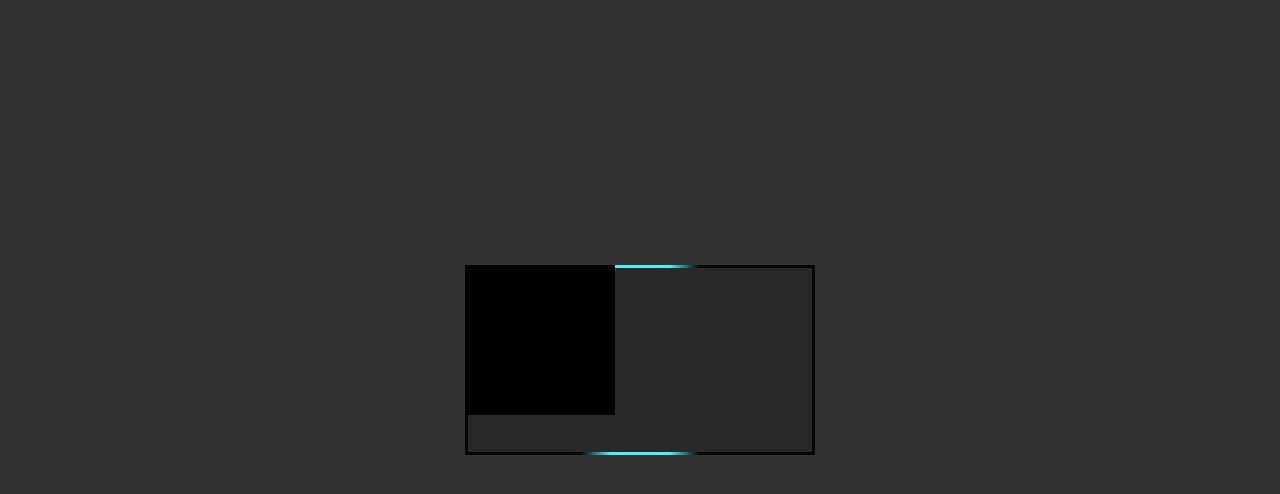
Repository: SeungYn/Javascript-study-toy
Page: profile-card/index.html
An editor plug-in stored every save of this project. The page is shown before and after the next save, followed by the edit.
The browser window is 1280 px wide. The pictures show the whole page.

Above is the page before, as saved 2023-01-12 15:37:59.

After the next save:
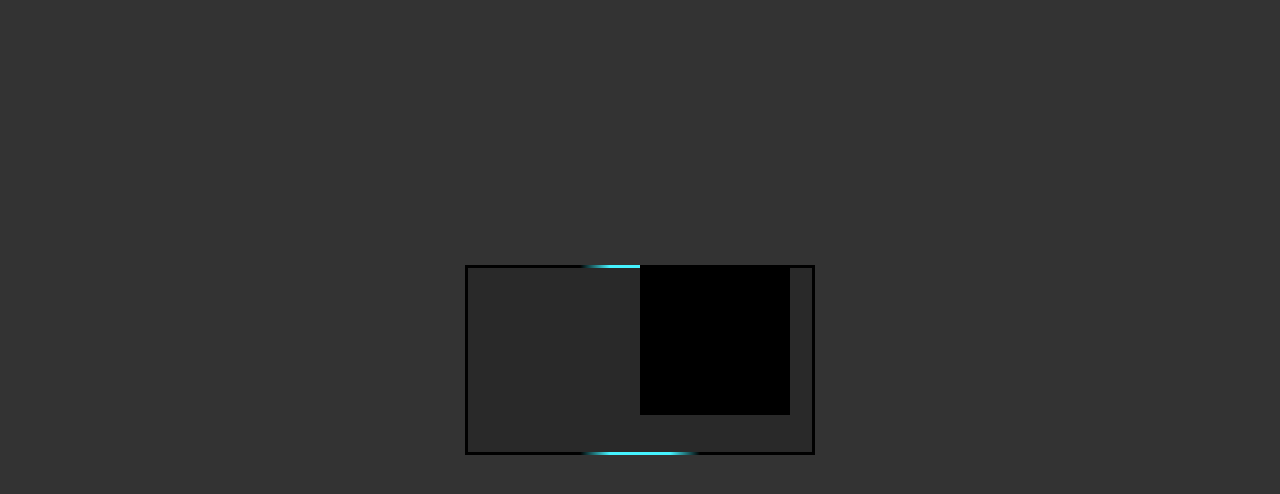
Saved 8 s later.
--- a/profile-card/style.css
+++ b/profile-card/style.css
@@ -71,7 +71,7 @@ body {
 
 .card .imgBx {
   position: absolute;
-
+  left: 50%;
   width: 150px;
   height: 150px;
   background: #000;
